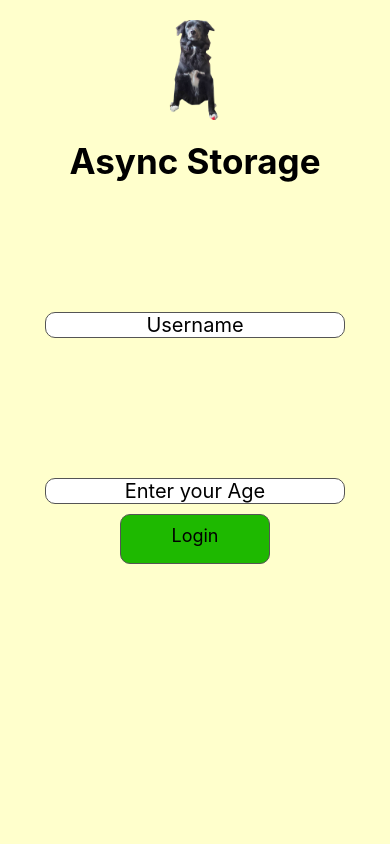
Repository: Curraje/scatter-seed-app
Screen: /
The author's editor kept a copy of each file at every save. The screen is drawn from the files as they stood at one save, then again after the next save.
The app was drawn by React Native's web renderer in a window 390 px wide. The project was rebuilt for these pictures with package versions that can differ from the ones it lists, and the page was loaded fresh each time. Some packages were replaced by stand-ins written for this rebuild. Also part of the build but not shown: src/screens/Home.tsx.

Above is the screen before, as saved 2022-03-06 14:34:00.

After the next save:
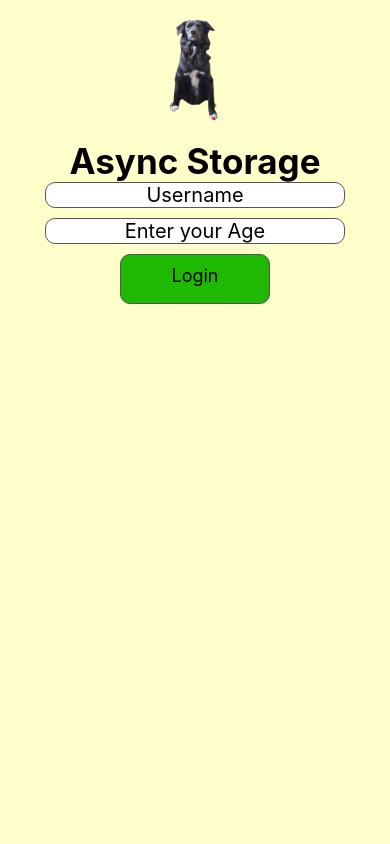
Saved 14 s later.
--- a/src/screens/Login.tsx
+++ b/src/screens/Login.tsx
@@ -93,7 +93,6 @@ const styles = StyleSheet.create({
     backgroundColor: "#ffffff",
     textAlign: "center",
     fontSize: 20,
-    marginTop: 130,
     marginBottom: 10,
   },
 });
